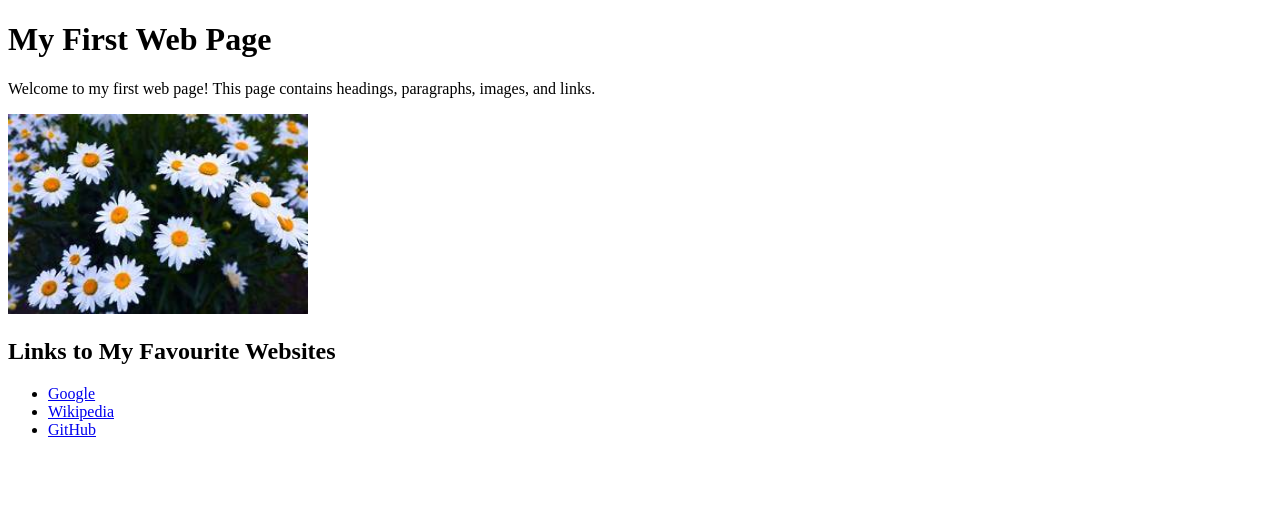
Repository: arunyerram/Web-TEChnologies
Page: Exercise1.html
An editor plug-in stored every save of this project. The page is shown before and after the next save, followed by the edit.
The browser window is 1280 px wide. The pictures show the whole page.

Above is the page before, as saved 2025-02-12 17:17:19.

After the next save:
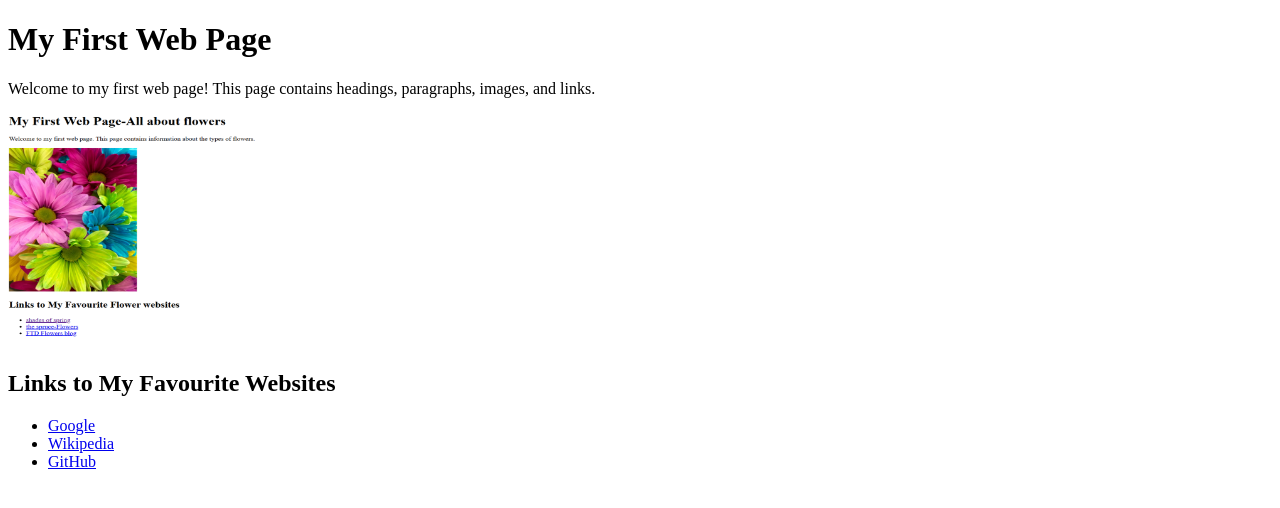
Saved 26 s later.
--- a/Exercise1.html
+++ b/Exercise1.html
@@ -11,7 +11,7 @@
 
     <p>Welcome to my first web page! This page contains headings, paragraphs, images, and links.</p>
 
-    <img src="./image.jpg" alt="A descriptive image" width="300">
+    <img src="./image.png" alt="A descriptive image" width="300">
 
     <h2>Links to My Favourite Websites</h2>
 

After the 2 saves that followed:
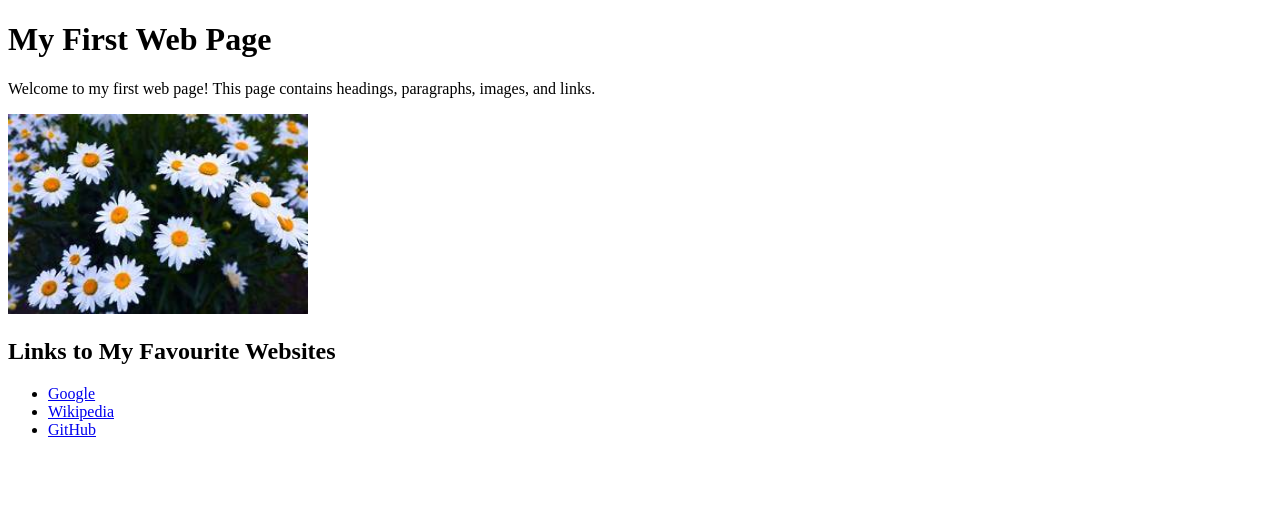
The 2 saves are shown as one change because they came seconds apart.
The last was saved 70 s later.
--- a/Exercise1.html
+++ b/Exercise1.html
@@ -11,7 +11,7 @@
 
     <p>Welcome to my first web page! This page contains headings, paragraphs, images, and links.</p>
 
-    <img src="./image.png" alt="A descriptive image" width="300">
+    <img src="./image.jpg" alt="A descriptive image" width="300">
 
     <h2>Links to My Favourite Websites</h2>
 
